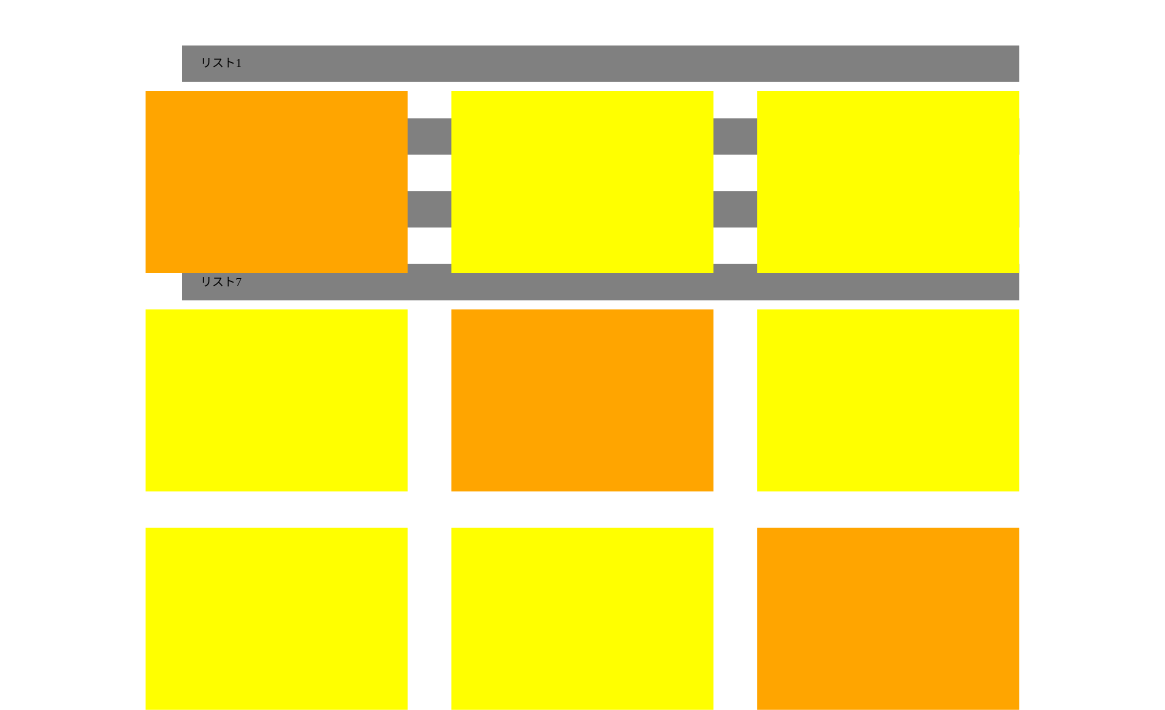
Repository: MWSO/Study_java
Page: 1-8/1-8.html
The author's editor kept a record of every edit. The page is drawn from the files as they stood at one moment, then again after the next edit.
The browser window is 1280 px wide. The pictures show the whole page, at 91% of full size.

Above is the page before.

### 1-8/1-8.html
<!DOCTYPE html>
<html lang="ja">
  <head>
    <meta charset="utf-8" />
    <link rel="stylesheet" href="1-8.css"/>
    <title>1-8 演習</title>
  </head>

  <body>
    <main>
      <section class="list-all">
       <ul>
         <li class="list">リスト1</li>
         <li class="list">リスト2</li>
         <li class="list">リスト3</li>
         <li class="list">リスト4</li>
         <li class="list">リスト5</li>
         <li class="list">リスト6</li>
         <li class="list">リスト7</li>
       </ul>
      </section>

      <section class="image">
        <div class="image-box">
          <div class="image-box-color"></div>
          <div class="image-box-color"></div>
          <div class="image-box-color"></div>
          <div class="image-box-color"></div>
          <div class="image-box-color"></div>
          <div class="image-box-color"></div>
          <div class="image-box-color"></div>
          <div class="image-box-color"></div>
          <div class="image-box-color"></div>
        </div>
      </section>

    </main>


  </body>
</html>

### 1-8/1-8.css
*{
  margin: 0;
  height: 0;
  box-sizing: border-box;
}

main{
  width: 960px;
  margin: 50px auto;

}

.list-all{
  margin-bottom: 50px;
}

.list{
  padding: 20px;
  list-style: none;
  line-height: 0.8px;
  font-size: small;
}

.list:nth-child(odd){
  background-color: gray;
}

.image-box{
 display: flex;
 flex-wrap: wrap;
}

.image-box-color{
  width: 30%;
  height: 200px;
  margin-right: 5%;
  margin-bottom: 40px;
  background-color: yellow;
}

.image-box-color:nth-child(1),
.image-box-color:nth-child(5),
.image-box-color:nth-child(9){
  background-color: orange;
}

.image-box-color:nth-child(3),
.image-box-color:nth-child(6),
.image-box-color:nth-child(9){
  margin-right: 0;
}
.image-box-color:nth-child(7),
.image-box-color:nth-child(8),
.image-box-color:nth-child(9){
  margin-bottom: 0;
}

After the next edit:
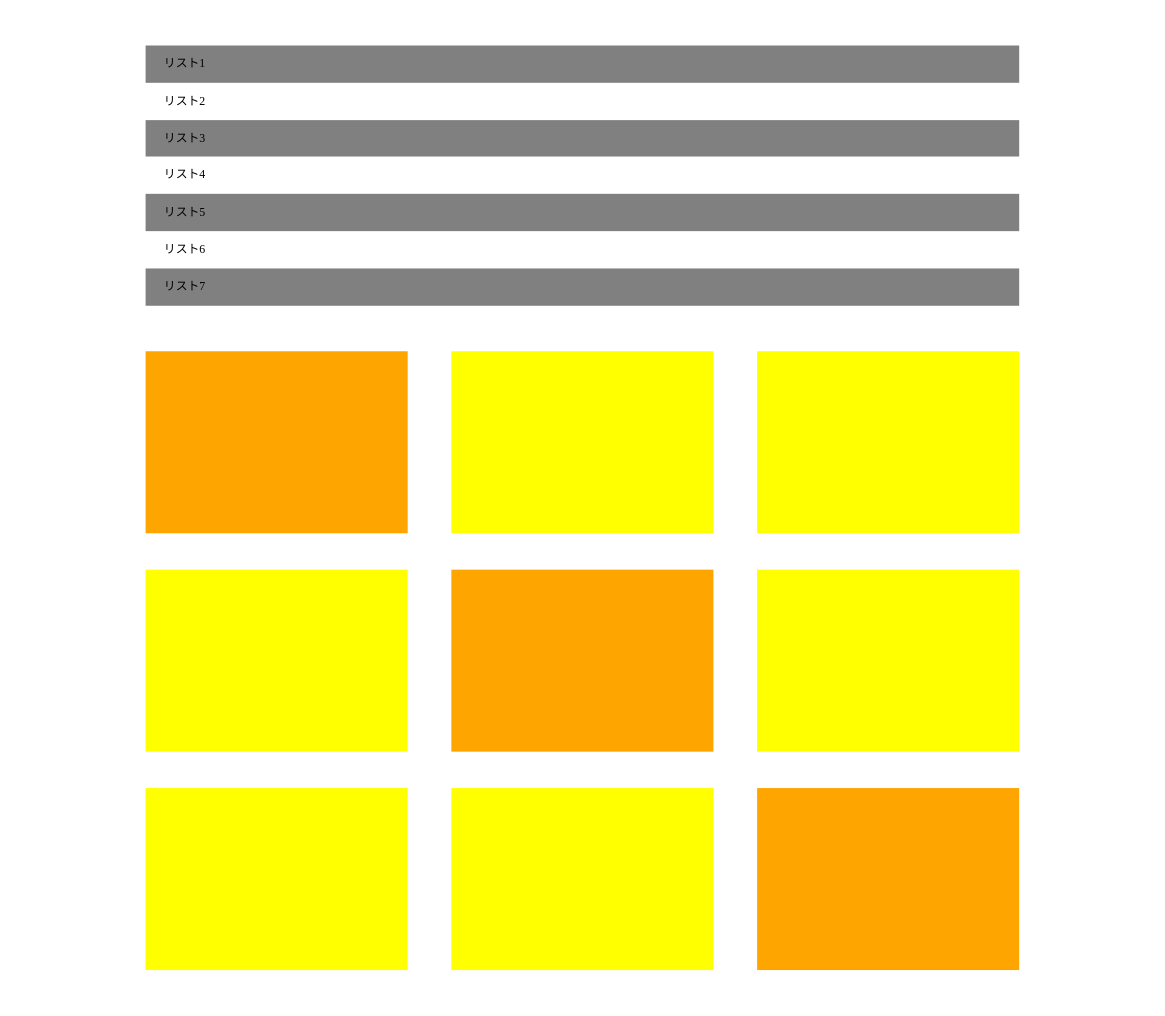
The edit:
--- a/1-8/1-8.css
+++ b/1-8/1-8.css
@@ -1,6 +1,6 @@
 *{
   margin: 0;
-  height: 0;
+  padding: 0;
   box-sizing: border-box;
 }
 
